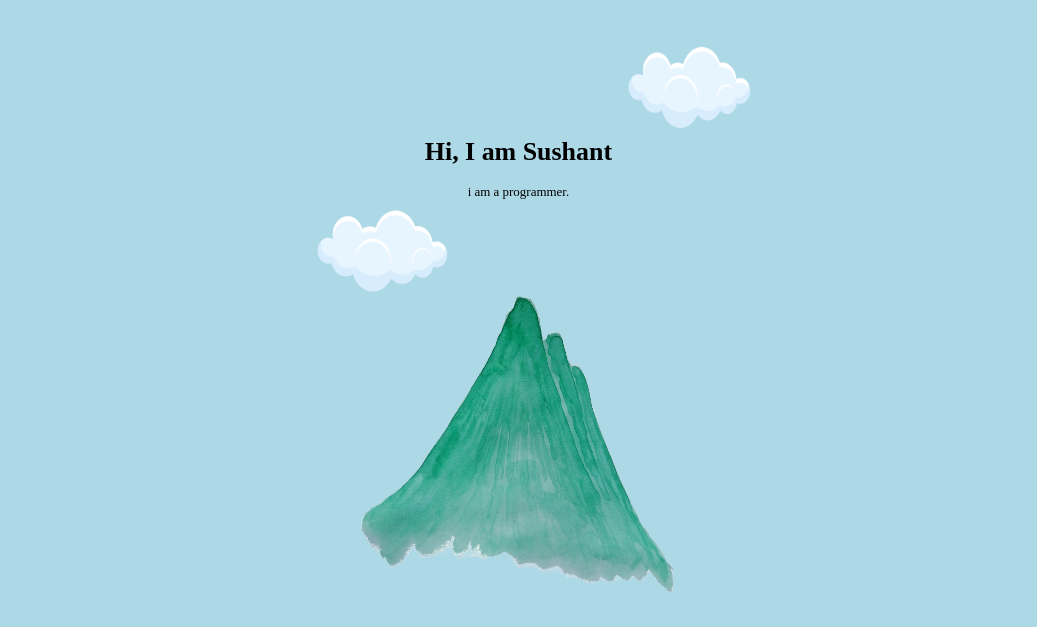
Repository: Sushant203/myPersonalSite
Page: index.html
An editor plug-in stored every save of this project. The page is shown before and after the next save, followed by the edit.
The browser window is 1280 px wide. The pictures show the whole page, at 81% of full size.

Above is the page before, as saved 2022-12-09 18:33:18.

After the next save:
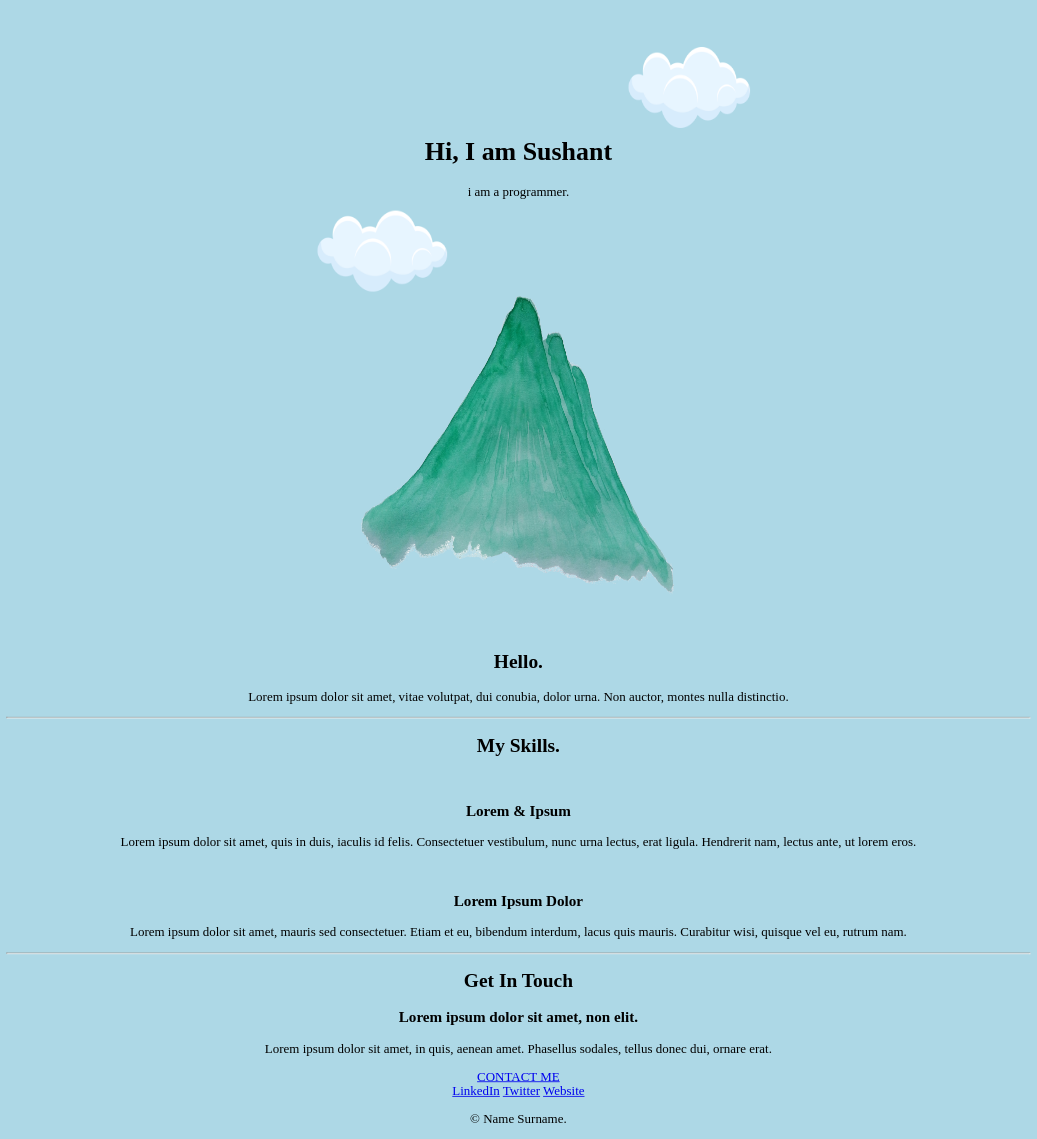
Saved 4 s later.
--- a/index.html
+++ b/index.html
@@ -24,6 +24,43 @@
             <img class="mountain-image" src="mountain-1.png" alt="mountain img">
         </div>
         <!-- middle and end parts -->
+        <div class="middle-container">
+            <div class="profile">
+              <img src="" alt="">
+              <h2>Hello.</h2>
+              <p>Lorem ipsum dolor sit amet, vitae volutpat, dui conubia, dolor urna. Non auctor, montes nulla distinctio.</p>
+            </div>
+            <hr>
+            <div class="skills">
+              <h2>My Skills.</h2>
+              <div class="skill-row">
+                <img class="" src="" alt="">
+                <h3>Lorem & Ipsum</h3>
+                <p>Lorem ipsum dolor sit amet, quis in duis, iaculis id felis. Consectetuer vestibulum, nunc urna lectus, erat ligula. Hendrerit nam, lectus ante, ut lorem eros.</p>
+              </div>
+              <div class="skill-row">
+                <img class="" src="" alt="">
+                <h3>Lorem Ipsum Dolor</h3>
+                <p>Lorem ipsum dolor sit amet, mauris sed consectetuer. Etiam et eu, bibendum interdum, lacus quis mauris. Curabitur wisi, quisque vel eu, rutrum nam.</p>
+              </div>
+            </div>
+            <hr>
+            <div class="contact-me">
+              <h2>Get In Touch</h2>
+              <h3>Lorem ipsum dolor sit amet, non elit.</h3>
+              <p>Lorem ipsum dolor sit amet, in quis, aenean amet. Phasellus sodales, tellus donec dui, ornare erat.</p>
+              <a class="btn" href="mailto:name@email.com">CONTACT ME</a>
+            </div>
+          </div>
+
+
+          <div class="bottom-container">
+            <a class="footer-link" href="https://www.linkedin.com/">LinkedIn</a>
+            <a class="footer-link" href="https://twitter.com/">Twitter</a>
+            <a class="footer-link" href="https://www.appbrewery.co/">Website</a>
+            <p>© Name Surname.</p>
+          </div>
+
     </div>
 
 
